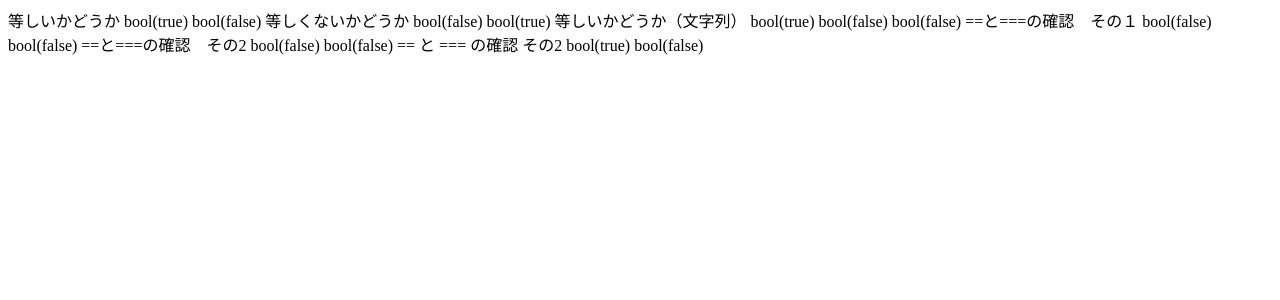
Repository: tamuramasumi/WEBCAMP_PHP_Beginner
Page: http://localhost/operator.php
The author's editor kept a record of every edit. The page is drawn from the files as they stood at one moment, then again after the next edit.
The browser window is 1280 px wide. The pictures show the whole page.
The page is run by PHP 8.4 with error messages shown; the project is at /var/www/html/.

Above is the page before.

### operator.php
<?php

$i = 1;
echo "等しいかどうか\n";
var_dump($i === 1);
var_dump($i === 2);

//
echo "\n";
echo "等しくないかどうか\n";
var_dump($i !== 1);
var_dump($i !== 2);

//
echo "\n";
echo "等しいかどうか（文字列）\n";
$s = 'abc';
var_dump($s === 'abc');
var_dump($s === 'ABC');
var_dump($s === 'a');

// ==と===の確認　その1
echo "\n";
echo "==と===の確認　その１\n";
var_dump($s ==1);
var_dump($s ===1);

// ==と===の確認　その2
echo "\n";
echo "==と===の確認　その2\n";
var_dump($s == '1');
var_dump($s === '1');

// == と === の確認 その2
echo "\n";
echo "== と === の確認 その2\n";
var_dump($i == '1');
var_dump($i === '1');

After the next edit:
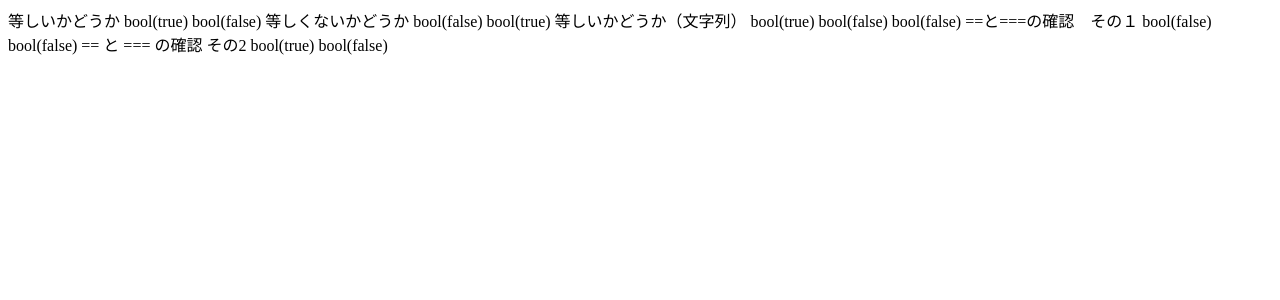
The edit:
--- a/operator.php
+++ b/operator.php
@@ -25,12 +25,6 @@
 var_dump($s ==1);
 var_dump($s ===1);
 
-// ==と===の確認　その2
-echo "\n";
-echo "==と===の確認　その2\n";
-var_dump($s == '1');
-var_dump($s === '1');
-
 // == と === の確認 その2
 echo "\n";
 echo "== と === の確認 その2\n";
